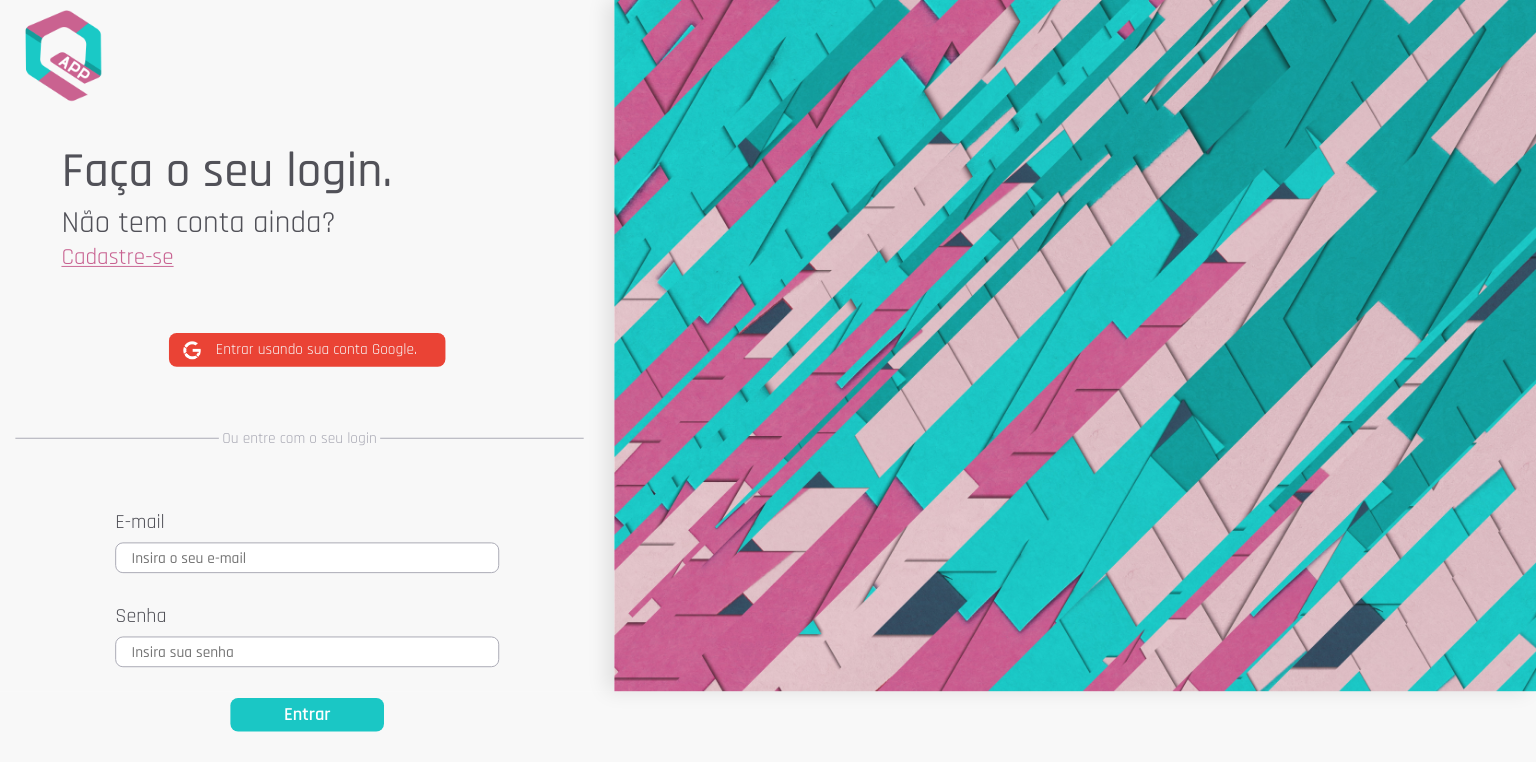
Repository: kika-cavalher/qapp-web
Page: /
An editor plug-in stored every save of this project. The page is shown before and after the next save, followed by the edit.
The browser window is 1280 px wide. The page is 1600 px wide, then 1280 px, then 1600 px, so the pictures cover 1600 px, including what lies to the right of the window. The pictures show the whole page, at 96% of full size.
The page's requests for data from a server got no answer. The project was rebuilt for these pictures with package versions that can differ from the ones it lists, and the page was loaded fresh each time. No one was signed in, and anything a server would have sent is missing. Also part of the build but not shown: src/pages/Register.tsx.

Above is the page before, as saved 2022-02-28 14:49:07.

### public/index.html
<!DOCTYPE html>
<html lang="pt-br">
  <head>
    <meta charset="utf-8" />
    <meta name="viewport" content="width=device-width, initial-scale=1" />

    <link rel="preconnect" href="https://fonts.googleapis.com">
    <link rel="preconnect" href="https://fonts.gstatic.com" crossorigin>
    <link href="https://fonts.googleapis.com/css2?family=Rajdhani:wght@300;400;500;600;700&display=swap" rel="stylesheet">

    <title>QApp</title>
  </head>
  <body>
    <noscript>You need to enable JavaScript to run this app.</noscript>
    <div id="root"></div>
  </body>
</html>

### src/index.tsx
import React from 'react';
import ReactDOM from 'react-dom';
import App from './App';

import './styles/global/styles.scss';
import './services/firebase'


ReactDOM.render(
  <React.StrictMode>
    <App />
  </React.StrictMode>,
  document.getElementById('root')
);

### src/App.tsx
import { BrowserRouter, Routes, Route } from "react-router-dom";

import { LoginPage } from "./pages/Login";
import { RegisterPage } from "./pages/Register";

function App() {
  return (
    <BrowserRouter>
      <Routes>
        <Route path="/" element={<LoginPage />} />
        <Route path="register" element={<RegisterPage  />} />
      </Routes>
    </BrowserRouter>
  );
}

export default App;

### src/styles/global/styles.scss
@import 'variables.scss';

* {
    box-sizing: border-box;
    margin: 0;
    padding: 0;
  }

  body {
    background: $white-offwhite;
    color: $dark-grey;
  }

  body, input, button, textarea {
    font: 400 16px 'Rajdhani', sans-serif;
  }

### src/services/firebase.ts
import { initializeApp } from "firebase/app";
import { getAuth } from "firebase/auth";
import { getFirestore } from 'firebase/firestore/lite';


const firebaseConfig = {
    apiKey: process.env.REACT_APP_API_KEY,
    authDomain: process.env.REACT_APP_AUTH_DOMAIN,
    databaseURL: process.env.REACT_APP_DATABASE_URL,
    projectId: process.env.REACT_APP_PROJECT_ID,
    storageBucket: process.env.REACT_APP_STORAGE_BUCKET,
    messagingSenderId: process.env.REACT_APP_MESSAGING_SENDER_ID,
    appId: process.env.REACT_APP_APP_ID
  };

const app = initializeApp(firebaseConfig);

export const auth = getAuth();
export const db = getFirestore(app);

### src/pages/Login.tsx
import { Link } from 'react-router-dom'
import { useNavigate } from 'react-router-dom';

import imgLogin from '../assets/images/imgLogin.jpg';
import logoQapp from '../assets/images/logoQapp.png';
import googleIconImg from '../assets/icon/googleIconImg.png';

import '../styles/pages/login.scss'

import { Button } from '../components/Button';

export function LoginPage() {
    const history = useNavigate();

    function navigateToHome(e: { preventDefault: () => void; }) {
        e.preventDefault();
        history('/');
    }

    return (
        <div id="page-login">
            <main>
                <div className='page-login--main__container'>
                    <div className='page-login--main__logo'>
                        <img onClick={navigateToHome} id="img-logo" src={logoQapp} alt="Logo da empresa QApp" />
                    </div>
                    <div className='page-login--main__title'>
                        <h1>Faça o seu login.</h1>
                        <h2>Não tem conta ainda? </h2>
                        <Link to='/register' className='page-login--main__link-register'>
                        Cadastre-se
                        </Link>
                        {/* <Link to="/">Cadastre-se</Link> */}
                    </div>
                    <div className='page-login--main__google'>
                        <button className='btn__google'>
                            <img id="img-icon__google" src={googleIconImg} alt="Logo da empresa QApp" />
                            <p>Entrar usando sua conta Google.</p>
                        </button>
                    </div>
                    <div className='page-login--main__divider'>
                        <div>Ou entre com o seu login</div>
                    </div>
                    <div className='page-login--main__login-forms'>
                        <form>
                            <div className='page-login--login-forms__name'>
                                <p>E-mail</p>
                                <input type="text" placeholder="Insira o seu e-mail"/>
                            </div>
                            <div className='page-login--login-forms__password'>
                                <p>Senha</p>
                                <input type="text" placeholder="Insira sua senha"/>
                            </div>
                            <div className='btn__send'>
                                <Button type="submit">Entrar</Button>
                            </div>
                        </form>
                    </div>
                </div>

                <div className='page-login--main__img'>
                    <img src={imgLogin} alt="Imagem decorativa na pagina" />
                </div>
            </main>
        </div>
    )
}

### src/styles/global/variables.scss
//colors
$white: #fff;
$white-offwhite: #f8f8f8;
$grey_border: #a8a8b3;
$dark-grey: #515158;

$turquoise: #1ac7c5;
$dark-greenish: #119d9c;
$dark-pink: #c86291;
$light-pink: #ddbcc3;

$red_google: #ea4335;

// media queries
$monitor-width: 1300px;
@mixin monitor {
    @media (min-width: #{$monitor-width}) {
        @content;
    }
}

$notebook-width: 1300px;
@mixin notebook {
    @media (max-width: #{$notebook-width}) {
        @content;
    }
}

$tablet-width: 850px;
@mixin tablet {
    @media (max-width: #{$tablet-width}){
        @content;
    }
}

$phone-width: 350px;
@mixin phone {
    @media (min-width: #{$phone-width}){
        @content;
    }
}

$screen-slim: 800px;
@mixin slim {
    @media (max-height: #{$screen-slim}) {
        @content;
    }
}

### src/styles/pages/login.scss
@import '../global/variables.scss';


#page-login {
    background: $white-offwhite;
    display: flex;
    height: 100vh;

}

main{
    display: flex;
    flex-direction: row;
}

.page-login--main__container {
    display: flex;
    flex-direction: column;
    padding: 0 1rem;

    @include monitor {
        width: 40vw;
    }

    @include notebook {
        width: 50vw;
    }

    @include tablet {
        width: 100vw;
    }
}

.page-login--main__logo {

    #img-logo {
        cursor: pointer;
        margin-top: 0.5rem;
        width: 100px;
    }
}

.page-login--main__title {
    display: flex;
    flex-direction: column;
    margin: 2rem 3rem;

    h1 {
        font-size: 3.2rem;
        font-weight: 500;

        @include monitor {
        }

        @include notebook {
        }

        @include tablet {
        }

        @include phone {
        }

        @include slim {
        }
    }

    h2 {
        font-size: 2rem;
        font-weight: 400;
    }

    .page-login--main__link-register {
        color: $dark-pink;
        cursor: pointer;
        font-size: 1.5rem;
        font-weight: 400;
        text-decoration: underline 1px;
        text-underline-position: from-font;
            &:hover {
                font-weight: 600;
            }
        }
}

.page-login--main__google {
    align-self: center;
    display: flex;
    margin: 2rem 0;
    width: 18rem;
}

.page-login--main__divider {
    color: $grey_border;
    font-size: 1rem;

    align-items: center;
    display: flex;
    margin: 2rem 1rem 2rem 0;

    &::before {
        background: $grey_border;
        content: '';
        flex: 1;
        margin-right: 0.2rem;
        height: 1px;
    }

    &::after {
        background: $grey_border;
        content: '';
        flex: 1;
        margin-left: 0.2rem;
        height: 1px;
    }
}

.page-login--main__login-forms {
    display: flex;
    justify-content: center;
    width: 100%;

    form {
        align-items: center;
        display: flex;
        flex-direction: column;
        margin: 2rem 0;
        max-width: 25rem;
        width: 75%;

        p {
            font-size: 1.3rem
        }

        input {
            background: $white;
            border: 1px solid $grey_border;
            border-radius: 8px;
            color: $dark-grey;
            font-weight: 500;
            height: 2rem;
            margin: 0.5rem 0;
            outline: none;
            padding: 0 16px;
            width: 100%;

            &:hover {
                border: 2px solid $dark-greenish;
            }

            &:focus-visible {
                border: 2px solid $dark-greenish;
            }
        }
    }
}

.page-login--login-forms__name{
    width: 100%;
}

.page-login--login-forms__password{
    margin: 1.5rem 0;
    width: 100%;
}

.page-login--main__img {

    img {
        box-shadow: -8px 0px 20px rgba(0, 0, 0, 0.1);
        height: 100vh;
    }

    @include monitor {
        display: block;
        width: 60vw;
    }

    @include notebook {
        width: 50vw;
    }

    @include tablet {
        display: none;
    }
}

### src/components/Button.tsx
import {ButtonHTMLAttributes} from 'react'

import '../styles/global/button.scss'

type ButtonProps = ButtonHTMLAttributes<HTMLButtonElement>

export function Button (props:ButtonProps) {
    return (
        <button className="button" {...props} />
    )
}


/* import { useNavigate } from 'react-router-dom'; */


/*     const history = useNavigate();

    function navigateToRegisterPage(e: { preventDefault: () => void; }) {
        e.preventDefault();
        history('/register');
    } */

### src/styles/global/button.scss
@import '../global/variables.scss';

.btn__send {

    button {
        align-items: center;
        background: $turquoise;
        border: 0;
        border-radius: 8px;
        color: $white;
        cursor: pointer;
        display: flex;
        flex-direction: row;
        font-size: 1.2rem;
        font-weight: 600;
        height: 35px;
        justify-content: center;
        width: 10rem;
    }
}

.btn__google {
    align-items: center;
    background: $red_google;
    border: 0;
    border-radius: 8px;
    color: $white-offwhite;
    cursor: pointer;
    display: flex;
    flex-direction: row;
    height: 35px;
    transition: filter 0.2s;
    width: 100%;

    #img-icon__google {
        margin: 0 5%;
        width: 20px;
    }
}

After the next save:
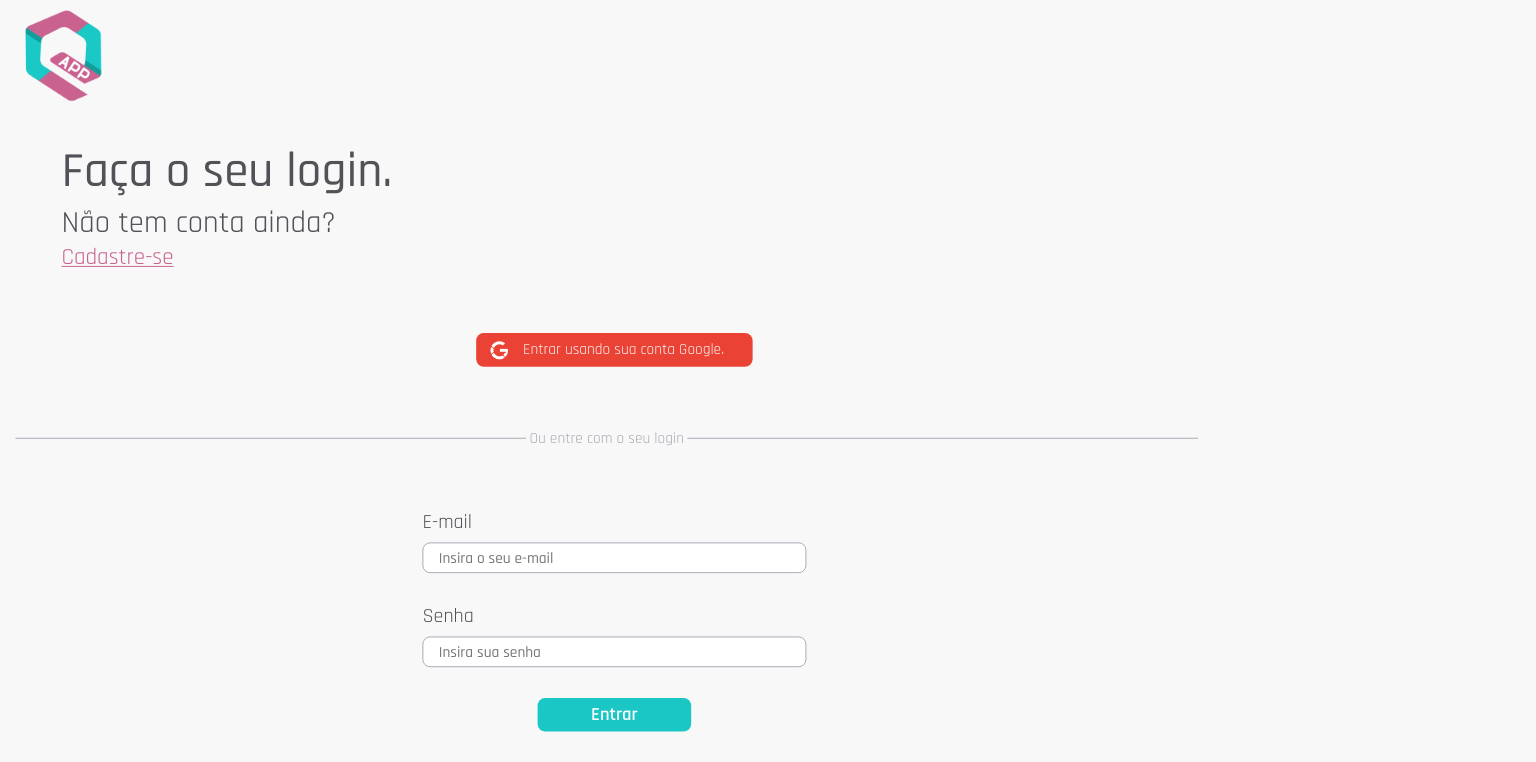
Saved 103 s later.
--- a/src/styles/global/variables.scss
+++ b/src/styles/global/variables.scss
@@ -28,12 +28,12 @@
 
 $tablet-width: 850px;
 @mixin tablet {
-    @media (max-width: #{$tablet-width}){
+    @media (min-width: #{$tablet-width}){
         @content;
     }
 }
 
-$phone-width: 350px;
+$phone-width: 600px;
 @mixin phone {
     @media (min-width: #{$phone-width}){
         @content;

After the save that followed:
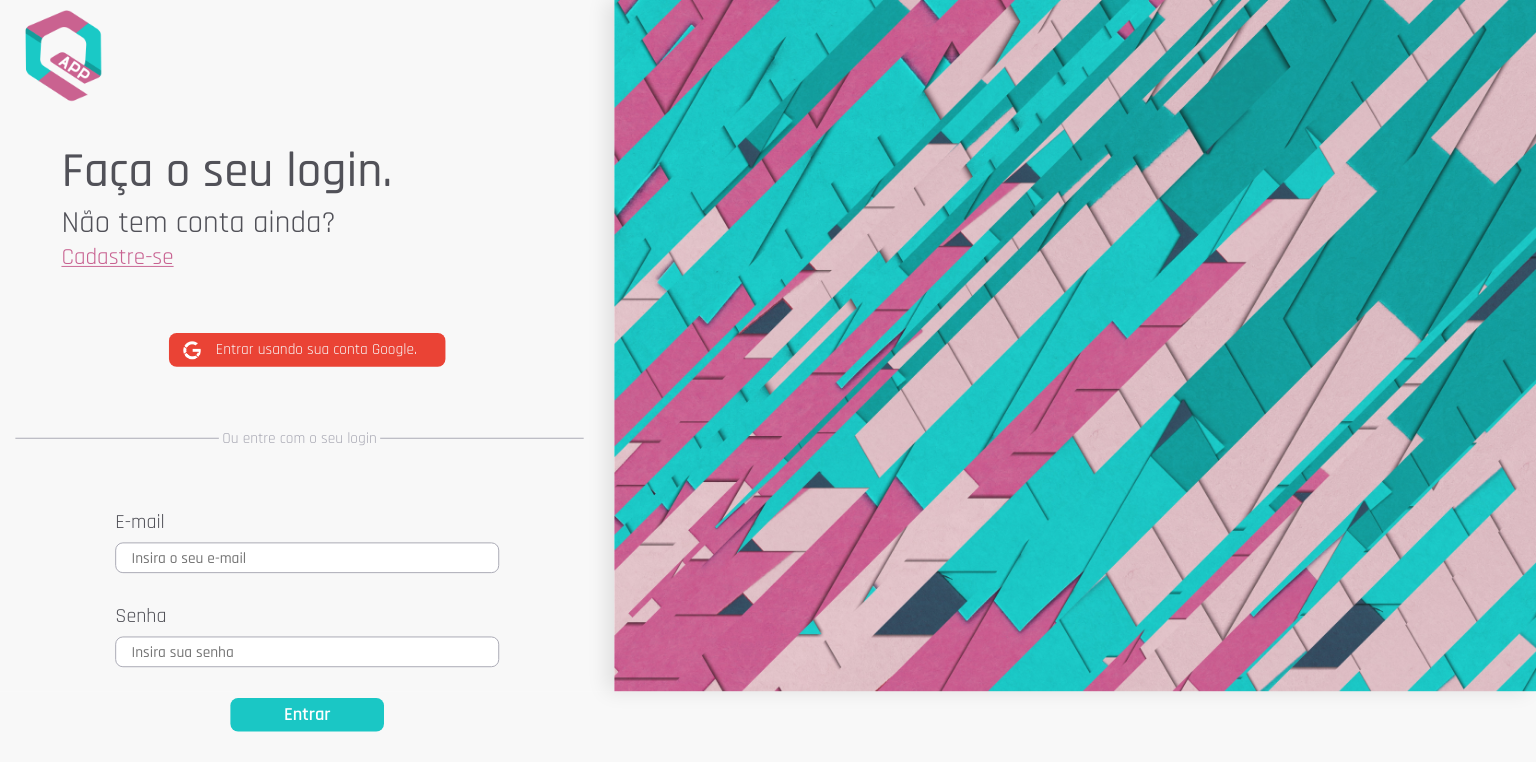
Saved 45 s later.
--- a/src/styles/global/variables.scss
+++ b/src/styles/global/variables.scss
@@ -28,7 +28,7 @@
 
 $tablet-width: 850px;
 @mixin tablet {
-    @media (min-width: #{$tablet-width}){
+    @media (max-width: #{$tablet-width}){
         @content;
     }
 }
